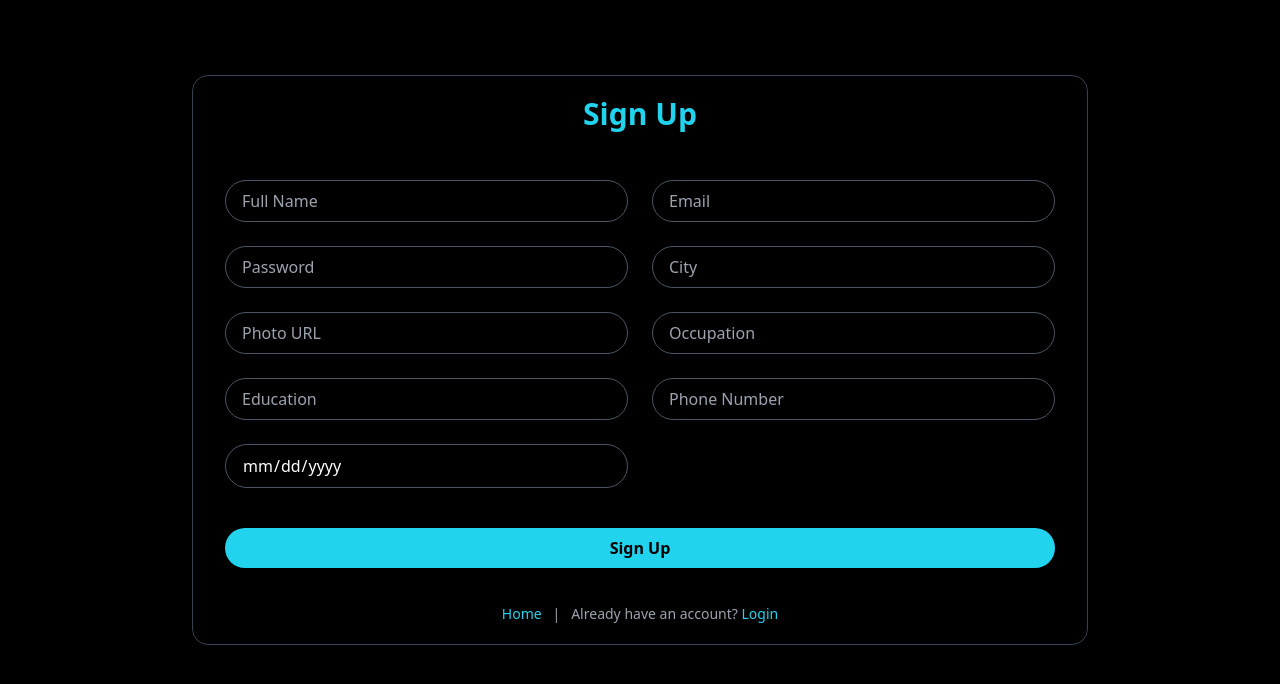
Repository: student-samratojha/StoryWrittingAppSam
Page: http://localhost/signup
An editor plug-in stored every save of this project. The page is shown before and after the next save, followed by the edit.
The browser window is 1280 px wide. The pictures show the whole page.
Some web libraries are served in a nearby version. The page is served by the project's Node server (app.js). Other server files are loaded and not shown.

Above is the page before, as saved 2025-10-12 19:30:34.

### views/signup.ejs
<!DOCTYPE html>
<html lang="en">
  <head>
    <meta charset="UTF-8" />
    <meta name="viewport" content="width=device-width, initial-scale=1.0" />
    <title>Story Witting App - Signup</title>
    <script src="https://cdn.tailwindcss.com"></script>
  </head>
  <body class="bg-black flex items-center justify-center min-h-screen">
   <form action="/signup" method="POST"
  class="bg-black/50 backdrop-blur-md border border-gray-700 px-8 py-5 rounded-2xl w-full max-w-4xl shadow-xl grid grid-cols-1 md:grid-cols-2 gap-6 max-h-[90vh] overflow-y-auto">

  <h2 class="text-3xl text-cyan-400 font-bold text-center md:col-span-2 mb-6 drop-shadow-lg">
    Sign Up
  </h2>

  <!-- Left Column -->
  <input type="text" name="name" placeholder="Full Name" required
    class="py-2 px-4 rounded-full border border-gray-600 bg-transparent text-white placeholder-gray-400 focus:outline-none focus:ring-2 focus:ring-cyan-400" />

  <input type="email" name="email" placeholder="Email" required
    class="py-2 px-4 rounded-full border border-gray-600 bg-transparent text-white placeholder-gray-400 focus:outline-none focus:ring-2 focus:ring-cyan-400" />

  <input type="password" name="password" placeholder="Password" required
    class="py-2 px-4 rounded-full border border-gray-600 bg-transparent text-white placeholder-gray-400 focus:outline-none focus:ring-2 focus:ring-cyan-400" />

  <input type="text" name="city" placeholder="City" required
    class="py-2 px-4 rounded-full border border-gray-600 bg-transparent text-white placeholder-gray-400 focus:outline-none focus:ring-2 focus:ring-cyan-400" />

  <input type="text" name="image" placeholder="Photo URL" required
    class="py-2 px-4 rounded-full border border-gray-600 bg-transparent text-white placeholder-gray-400 focus:outline-none focus:ring-2 focus:ring-cyan-400" />


  <input type="text" name="occupation" placeholder="Occupation" required
    class="py-2 px-4 rounded-full border border-gray-600 bg-transparent text-white placeholder-gray-400 focus:outline-none focus:ring-2 focus:ring-cyan-400" />

  <input type="text" name="education" placeholder="Education" required
    class="py-2 px-4 rounded-full border border-gray-600 bg-transparent text-white placeholder-gray-400 focus:outline-none focus:ring-2 focus:ring-cyan-400" />

  <input type="text" name="phoneNumber" placeholder="Phone Number" required
    class="py-2 px-4 rounded-full border border-gray-600 bg-transparent text-white placeholder-gray-400 focus:outline-none focus:ring-2 focus:ring-cyan-400" />

  <input type="date" name="dob" placeholder="Date of Birth" required
    class="py-2 px-4 rounded-full border border-gray-600 bg-transparent text-white placeholder-gray-400 focus:outline-none focus:ring-2 focus:ring-cyan-400" />

  <!-- Submit Button spans 2 columns -->
  <button type="submit"
    class="bg-cyan-400 hover:bg-cyan-500 text-black font-semibold py-2 rounded-full mt-4 shadow-md md:col-span-2">
    Sign Up
  </button>

  <!-- Links spans 2 columns -->
  <p class="mt-3 text-center text-gray-400 text-sm md:col-span-2">
    <a href="/" class="text-cyan-400 hover:underline">Home</a> &nbsp; |
    &nbsp; Already have an account?
    <a href="/login" class="text-cyan-400 hover:underline">Login</a>
  </p>
</form>

  </body>
</html>

### app.js
require("dotenv").config();

const express = require("express");
const mongoose = require("mongoose");
const path = require("path");
const cookieParser = require("cookie-parser");
const jwt = require("jsonwebtoken");

const app = express();
app.set("view engine", "ejs");
app.use(express.urlencoded({ extended: true }));
app.use(express.json());
app.use(cookieParser());
app.use(express.static(path.join(__dirname, "public")));

// MongoDB connect
mongoose
  .connect(process.env.MONGO_URL)
  .then(() => console.log("✅ MongoDB Connected"))
  .catch((err) => console.log(err));

// JWT secret
const JWT_SECRET = process.env.JWT_SECRET;

// Home route
app.get("/", (req, res) => {
  res.render("home");
});

// Import auth routes
const signupRoutes = require("./routes/signupRoute");
app.use("/", signupRoutes);

// Import auth routes
const loginRoutes = require("./routes/loginRoute");
app.use("/", loginRoutes);
// Import auth routes
const dashboardRoutes = require("./routes/dashboardRoute");
app.use("/", dashboardRoutes);

const adminRoutes = require("./routes/adminRoutes");
app.use("/", adminRoutes);
// Start server
app.listen(process.env.PORT, () =>
  console.log(`Server running at http://localhost:${process.env.PORT}`)
);

### routes/signupRoute.js
const express = require("express");
const User = require("../models/userModel");
const jwt = require("jsonwebtoken");
const router = express.Router();

// Signup page
router.get("/signup", (req, res) => {
  res.render("signup");
});
function generateRandomNumber(length = 11) {
  const digits = "0123456789";
  let result = "";
  let num = "";
  for (let i = 0; i < length; i++) {
    num += digits.charAt(Math.floor(Math.random() * digits.length));
  }
  result = `${new Date().getFullYear()}${num}`;
  return result;
}

router.post("/signup", async (req, res) => {
  const {
    name,
    email,
    password,
    image,
    city,

    occupation,
    education,
  } = req.body;

  try {
    // Check if user exists
    const existingUser = await User.findOne({ email });
    if (existingUser) return res.send("User already exists");

    // Generate unique ID and make sure it's unique
    let uniqueId;
    let isUnique = false;
    while (!isUnique) {
      uniqueId = generateRandomNumber(11);
      const userWithId = await User.findOne({ uniqueId });
      if (!userWithId) isUnique = true;
    }

    // Create user
    const user = await User.create({
      name,
      email,
      password,
      image,
      city,
      occupation,
      education,
      uniqueId, // ← save in DB
    });
    res.render("sPro", { p: user }); // sPro page me dikhao
  } catch (err) {
    console.log(err);
    res.send("Error creating user");
  }
});

module.exports = router;

After the next save:
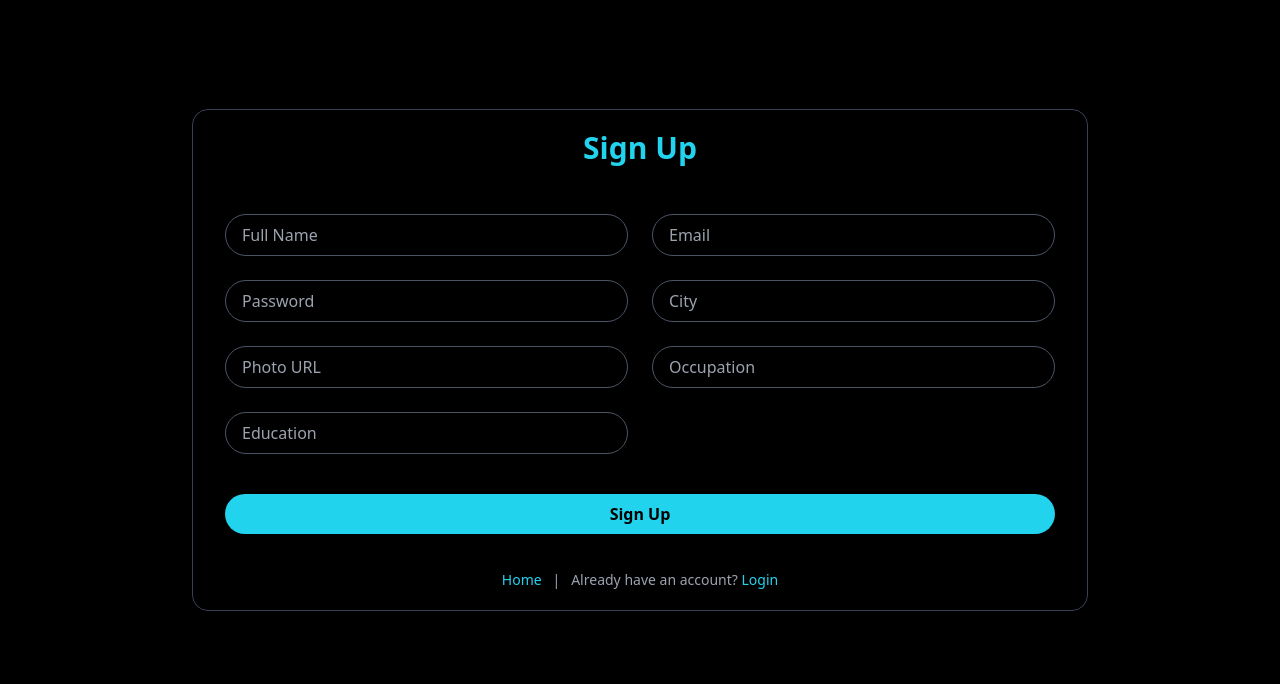
Saved 7 s later.
--- a/views/signup.ejs
+++ b/views/signup.ejs
@@ -37,12 +37,6 @@
   <input type="text" name="education" placeholder="Education" required
     class="py-2 px-4 rounded-full border border-gray-600 bg-transparent text-white placeholder-gray-400 focus:outline-none focus:ring-2 focus:ring-cyan-400" />
 
-  <input type="text" name="phoneNumber" placeholder="Phone Number" required
-    class="py-2 px-4 rounded-full border border-gray-600 bg-transparent text-white placeholder-gray-400 focus:outline-none focus:ring-2 focus:ring-cyan-400" />
-
-  <input type="date" name="dob" placeholder="Date of Birth" required
-    class="py-2 px-4 rounded-full border border-gray-600 bg-transparent text-white placeholder-gray-400 focus:outline-none focus:ring-2 focus:ring-cyan-400" />
-
   <!-- Submit Button spans 2 columns -->
   <button type="submit"
     class="bg-cyan-400 hover:bg-cyan-500 text-black font-semibold py-2 rounded-full mt-4 shadow-md md:col-span-2">
